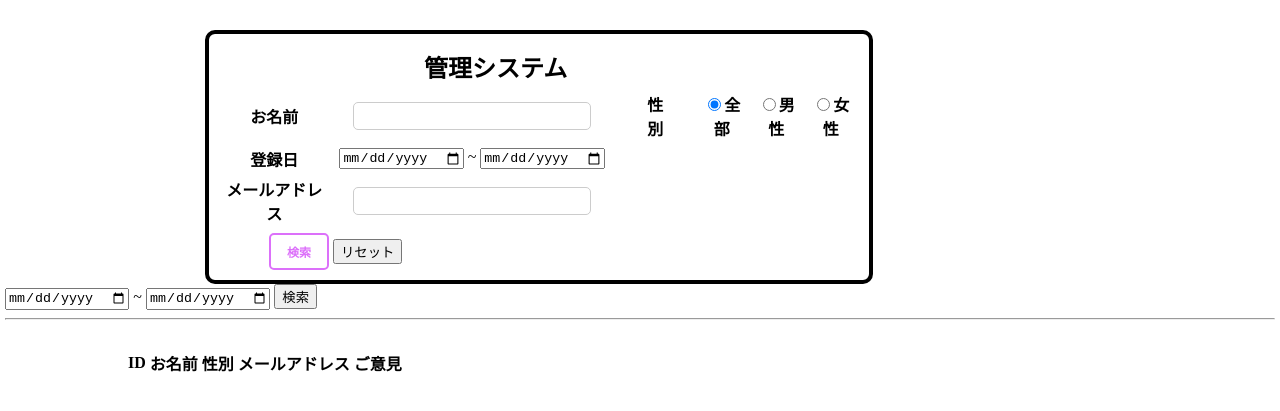
Repository: azuma2/kadai
Page: http://localhost/serch
An editor plug-in stored every save of this project. The page is shown before and after a run of saves, followed by the edit.
The browser window is 1280 px wide. The pictures show the whole page.
The page is served by the project's Laravel application, run on PHP 8.4 with Laravel 8. Other server files are loaded and not shown. Queries for data that is not in the repository find no rows.

Above is the page before, as saved 2022-06-02 04:00:06.

### routes/web.php
<?php

use Illuminate\Support\Facades\Route;
use App\Http\Controllers\TodoController;

Route::get('/', [TodoController::class, 'index']);
Route::get('/kakunin', [TodoController::class, 'index2']);
Route::get('/san', [TodoController::class, 'index3']);
Route::get('/kanri', [TodoController::class, 'index4']);

Route::post('/todo/create', [TodoController::class, 'create']);
Route::post('/todo/delete', [TodoController::class, 'remove']);
Route::get('/serch', [TodoController::class, 'serch']);
Route::post('/kari', [TodoController::class, 'kari']);

### app/Http/Controllers/TodoController.php
<?php

namespace App\Http\Controllers;

use App\Models\Todo;
use Illuminate\Http\Request;
use Illuminate\Support\Facades\DB;
use Illuminate\Pagination\Paginator;
use Carbon\Carbon;
use App\Date;

class TodoController extends Controller
{
    public function index(Request $request)
    {
        $items = Todo::all();
         $items = DB::select('select * from todos');
        return view('/index');
    }

    public function index2(Request $request)
    {
        $items = Todo::all();
        return view('kakunin', compact('items'));
    }

    public function index3()
    {
        $items = Todo::all();
        return view('san', ['items' => $items]);
    }

    public function index4()
    {
        $items = Todo::all();
        $items = Todo::Paginate(10);
        return view('kanri', ['items' => $items]);
    }

    public function remove(Request $request)
    {
        Todo::find($request->id)->delete();
        return redirect('/kanri');
    }

    public function kari(Request $request)
    {
        $data = $request->all();
        $request->session()->put($data);
        $data = [
            'fname'=>$request->fname,
            'name'=>$request->name,
            'gender'=>$request->gender,
            'email'=>$request->email,
            'postcode'=>$request->postcode,
            'address'=>$request->address,
            'building_name'=>$request->building_name,
            'opinion'=>$request->opinion,
            'msg'=>"入力値を元に表示しています。"

        ];
        return view('/kakunin', $data);
    }

public function create()
{
    $data = session()->all(); // ２）
    DB::table('todos')->insert([
            'fname' => $data["fname"],
            'name' => $data["name"],
            'gender'=>$data["gender"],
            'email'=>$data["email"],
            'postcode'=>$data["postcode"],
            'address'=>$data["address"],
            'building_name'=>$data["building_name"],
            'opinion'=>$data["opinion"]
    ]); // ３）
    return view('san');
}

public function serch(Request $request)
    {
        $keyword = $request->input('keyword');
        $keyword2 = $request->input('keyword2');
        $gender2 = $request->input('gender2');
        $from = $request->input('from');
        $until = $request->input('until');

        $query = Todo::query();

        if(!empty($keyword)) {
            $query->where('name', 'LIKE', "%{$keyword}%")
                ->orWhere('fname', 'LIKE', "%{$keyword}%");
        }

        if(!empty($keyword2)) {
            $query->where('email', 'LIKE', "%{$keyword2}%");
        }

        if(!empty($gender2)) {
            $query->where('gender', 'LIKE', "%{$gender2}%");
        }

        if (!empty($from) && !empty($until)) {
            //ハッシュタグの選択された20xx/xx/xx ~ 20xx/xx/xxのレポート情報を取得
            $query->whereBetween('updated_at', [$from, $until]);
        } else {
            //リクエストデータがなければそのままで表示
            $item = Todo::get();
        }

        $items = $query->get();
        $items = $query->paginate(10)->withQueryString();

        return view('kanri', compact('items', 'keyword'));
    }

}

### app/Models/Todo.php
<?php

namespace App\Models;

use Illuminate\Database\Eloquent\Factories\HasFactory;
use Illuminate\Database\Eloquent\Model;

class Todo extends Model
{
    use HasFactory;


    protected $fillable = ['fname', 'name', 'gender','email','postcode','address','building_name','opinion','created_at','updated_at'];

    public static $rules = array(
        'fname' => 'required',
        'name' => 'required',
        'gender' => 'required|max:20',
        'email' => 'required',
        'postcode' => 'required',
        'address' => 'required',
        'opinion' => 'required|max:200',
    );

    public function getDetail()
    {
        $txt = 'ID:'.$this->id . ' ' . $this->fname . '(' . $this->name .  '才'.') '.$this->gender.$this->email.$this->postcode.$this->address.$this->opinion;
        return $txt;
    }

    public static function getDate($from, $until)
    {
        //updated_atが20xx/xx/xx ~ 20xx/xx/xxのデータを取得
        $item = Todo::whereBetween("updated_at", [$from, $until])->get();
        return $item;
    }

}

### resources/views/kanri.blade.php
@extends('layouts.default')
<style>
.otoiawase{
    padding-left: 200px;
    margin: 5px;
}

form{
  margin: 0px;
}

.input{
    width: 80%;
    padding: 5px;
    border-radius: 5px;
    border: 1px solid #ccc;
    appearance: none;
    font-size: 14px;
    outline: none;
}

.input2{
    width: 90%;
    padding: 5px;
    border-radius: 5px;
    border: 1px solid #ccc;
    appearance: none;
    font-size: 14px;
    outline: none;
}

.input3{
    width: 90%;
    padding: 5px;
    border-radius: 5px;
    border: 1px solid #ccc;
    appearance: none;
    font-size: 14px;
    outline: none;
    height: 10em;
}

.button {
    text-align: left;
    border: 2px solid #dc70fa;
    font-size: 12px;
    color: #dc70fa;
    background-color: #fff;
    font-weight: bold;
    padding: 8px 16px;
    border-radius: 5px;
    cursor: pointer;
    transition: 0.4s;
    outline: none;
    margin-left: 50px;
    margin-top: 5px;
}

body {
  font-size:16px;
  margin: 30px;
}

td {
  padding: 5px 10px;
  text-align: center;
}

.narabe{
  padding: 20px;
  margin-left:100px ;
}

.button {
  text-align: left;
  border: 2px solid #dc70fa;
  font-size: 12px;
  color: #dc70fa;
  background-color: #fff;
  font-weight: bold;
  padding: 8px 16px;
  border-radius: 5px;
  cursor: pointer;
  transition: 0.4s;
  outline: none;
}

.card {
  background-color: #fff;
  width: 50vw;
  padding: 10px;
  border-radius: 10px;
  border: 4px solid;
  margin-left: 200px;
  margin-top: 30px;
}

h1 {
  font-size:32px;
  color:white;
  text-shadow:1px 0 5px #289ADC;
  margin-left: 1px
}

.content {
  margin:10px;
}

.th{
  border-bottom: solid;
}

table td {
  max-width: 300px;
  overflow: hidden;
  text-overflow: ellipsis;
  white-space: nowrap;
}

table td:hover {
    white-space: normal;
}

svg.w-5.h-5 {  /*paginateメソッドの矢印の大きさ調整のために追加*/
width: 30px;
height: 30px;
}

</style>
  <div class="card">
    <h2 class="otoiawase">管理システム</h2>
      <table>
        <tr>
          <th>
            お名前
          </th>
          <td>
    <form action="/serch" method="GET">
            @csrf
            <input type="text" class="input2" name="keyword" >
          </td>
          <td>

          </td>
          <th>
            性別
          </th>
          <td>
              <th class="radio">
                <label><input checked  type="radio" value="性"  name="gender2" {{ old("gender") == "性" ? 'checked' : ''}}>全部</label>
            </th>
            <th class="radio">
              <label><input type="radio"  value="男性" name="gender2" {{ old("gender") == "男性" ? 'checked' : ''}}>男性</label>
            </th>
            <th class="radio">
              <label><input type="radio" value="女性" name="gender2" {{ old("gender") == "女性" ? 'checked' : ''}}>女性</label>
          </td>
        </tr>
        <tr>
          <th>
            登録日
          </th>
          <td>
              <input type="date" name="from" placeholder="from_date">
                <span class="mx-3 text-grey">~</span>
              <input type="date" name="until" placeholder="until_date">
          </td>
          <td>

          </td>
          <td>

          </td>
        </tr>
        <tr>
          <th>
            メールアドレス
          </th>
          <td>
            <input type="text" class="input2"  name="keyword2">
          </td>
        </tr>
      </table>
  <input type="submit" class="button" value="検索">
  <input type="reset" value="リセット" onclick="location.href='/kanri'">
</form>

  </div>

<form action="/serch" method="GET">
    <input type="date" name="from" placeholder="from_date">
        <span class="mx-3 text-grey">~</span>
    <input type="date" name="until" placeholder="until_date">
    <button type="submit">検索</button>
</form>

{{ $items->links() }}

  <hr>
  <div class="narabe">
    <table>
      <tr class="midasi">
        <th>ID</th>
        <th>お名前</th>
        <th>性別</th>
        <th>メールアドレス</th>
        <th>ご意見</th>
        <th></th>
      </tr>

      <tr>
        @foreach ($items as $item)
        <td>
          {{$item->id}}
        </td>
        <td>
          {{$item->fname}} {{$item->name}}
        </td>
        <td>
          {{$item->gender}}
        </td>
        <td>
          {{$item->email}}
        </td>
        <td>
          {{$item->opinion}}
        </td>
        <td>

          <form action="/todo/delete" method="post" >
              @csrf
            <input  type="hidden" name="id" value="{{$item->id}}" >
            <input class="button" type="submit" value="削除" >
          </form>
        </td>
      </tr>
    @endforeach
    </table>
  </div>

### resources/views/layouts/default.blade.php
<!DOCTYPE html>
<html lang="ja">
<head>
    <meta charset="UTF-8">
    <meta name="viewport" content="width=device-width, initial-scale=1.0">
    <title>@yield('title')</title>
    <style>
    body {
      font-size:16px;
      margin: 5px;
    }
    h1 {
      font-size:60px;
      color:white;
      text-shadow:1px 0 5px #289ADC;
      letter-spacing:-4px;
      margin-left: 10px
    }
    .content {
      margin:10px;
    }
    </style>
  </head>
  <body>
    <h1>@yield('title')</h1>
    <div class="content">
    @yield('content')
    </div>
</body>
</html>

Loaded but not shown: app/Http/Controllers/Controller.php (common file)

After the next 2 saves:
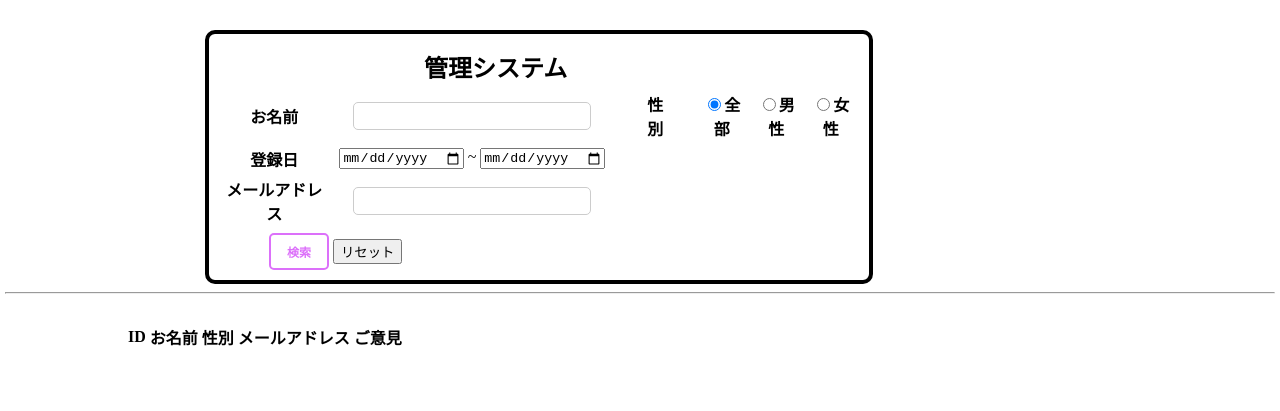
The 2 saves are shown as one change because they came seconds apart.
The last was saved 78 s later.
--- a/resources/views/kanri.blade.php
+++ b/resources/views/kanri.blade.php
@@ -187,13 +187,6 @@ height: 30px;
 
   </div>
 
-<form action="/serch" method="GET">
-    <input type="date" name="from" placeholder="from_date">
-        <span class="mx-3 text-grey">~</span>
-    <input type="date" name="until" placeholder="until_date">
-    <button type="submit">検索</button>
-</form>
-
 {{ $items->links() }}
 
   <hr>
